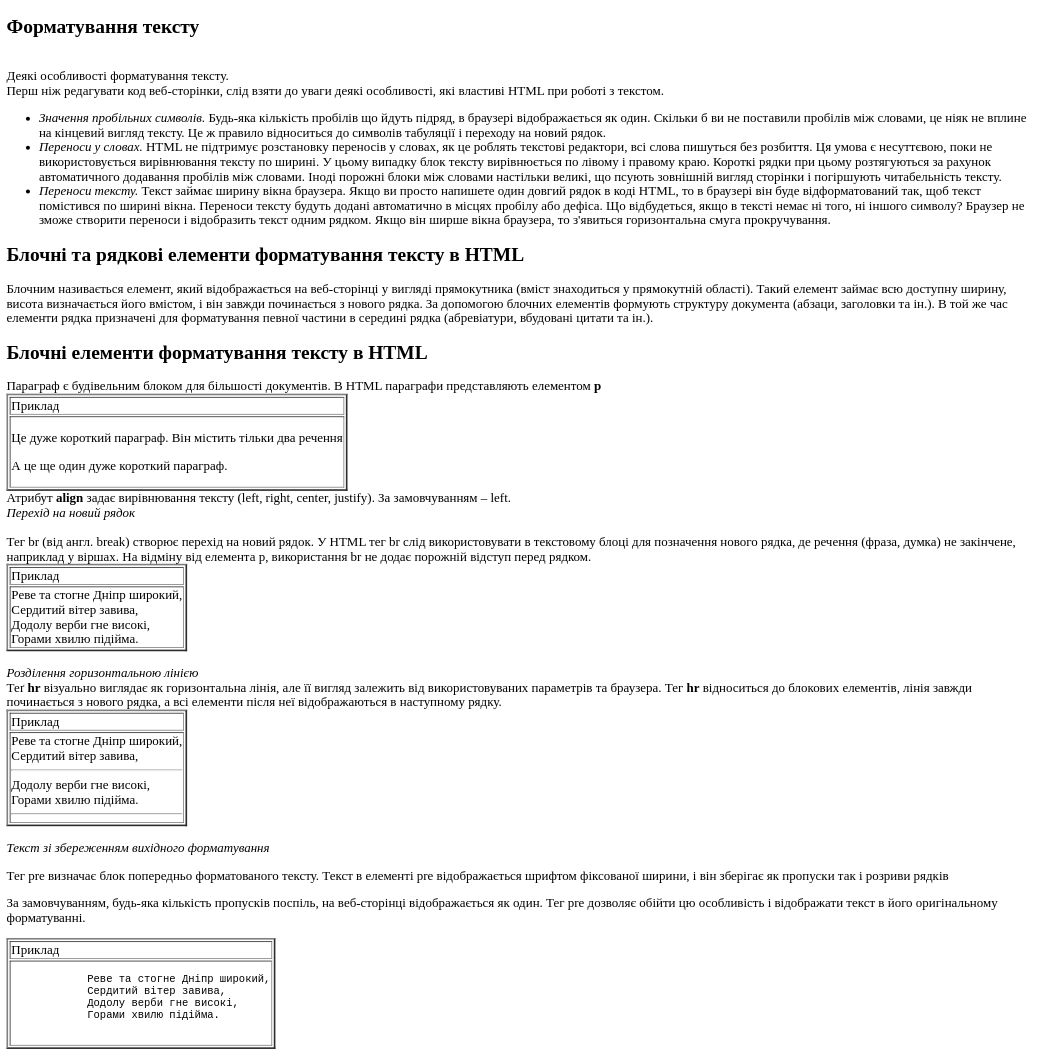
Repository: KseniaMakara/Web
Page: Web/directory.html
An editor plug-in stored every save of this project. The page is shown before and after the next save, followed by the edit.
The browser window is 1280 px wide. The pictures show the whole page, at 81% of full size.

Above is the page before, as saved 2021-02-15 16:58:47.

After the next save:
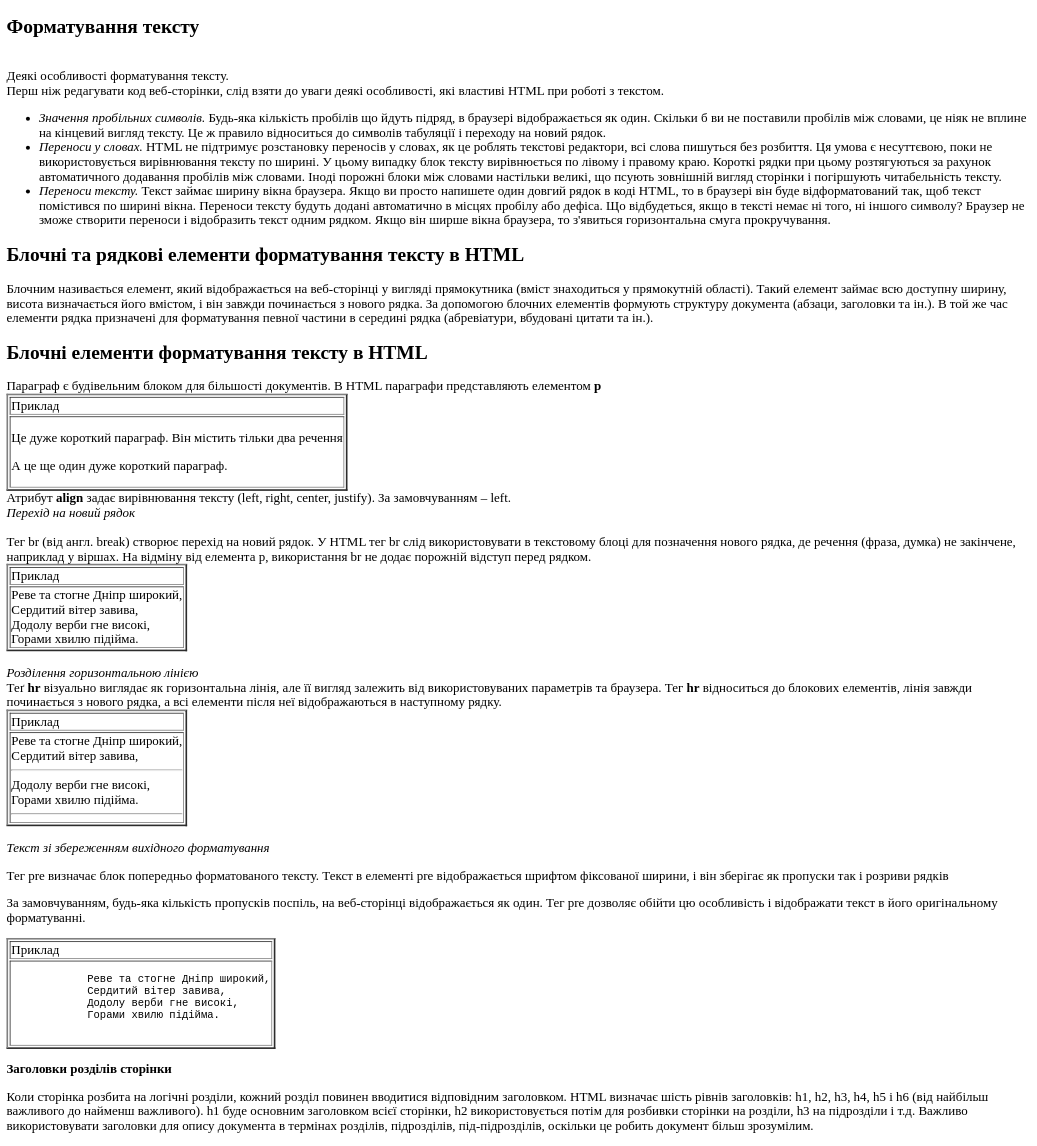
Saved 114 s later.
--- a/Web/directory.html
+++ b/Web/directory.html
@@ -118,6 +118,15 @@ br слід використовувати в текстовому блоці д
             </pre></td>
     </tr>
 </table>
+<p><strong>Заголовки розділів сторінки</strong></p>
+<p>Коли сторінка розбита на логічні розділи, кожний розділ повинен вводитися
+відповідним заголовком. HTML визначає шість рівнів заголовків: h1, h2, h3, h4,
+    h5 і h6 (від найбільш важливого до найменш важливого). h1 буде основним
+    заголовком всієї сторінки, h2 використовується потім для розбивки сторінки на
+    розділи, h3 на підрозділи і т.д. Важливо використовувати заголовки для опису
+    документа в термінах розділів, підрозділів, під-підрозділів, оскільки це робить
+    документ більш зрозумілим.
+    </p>
 
 
 
